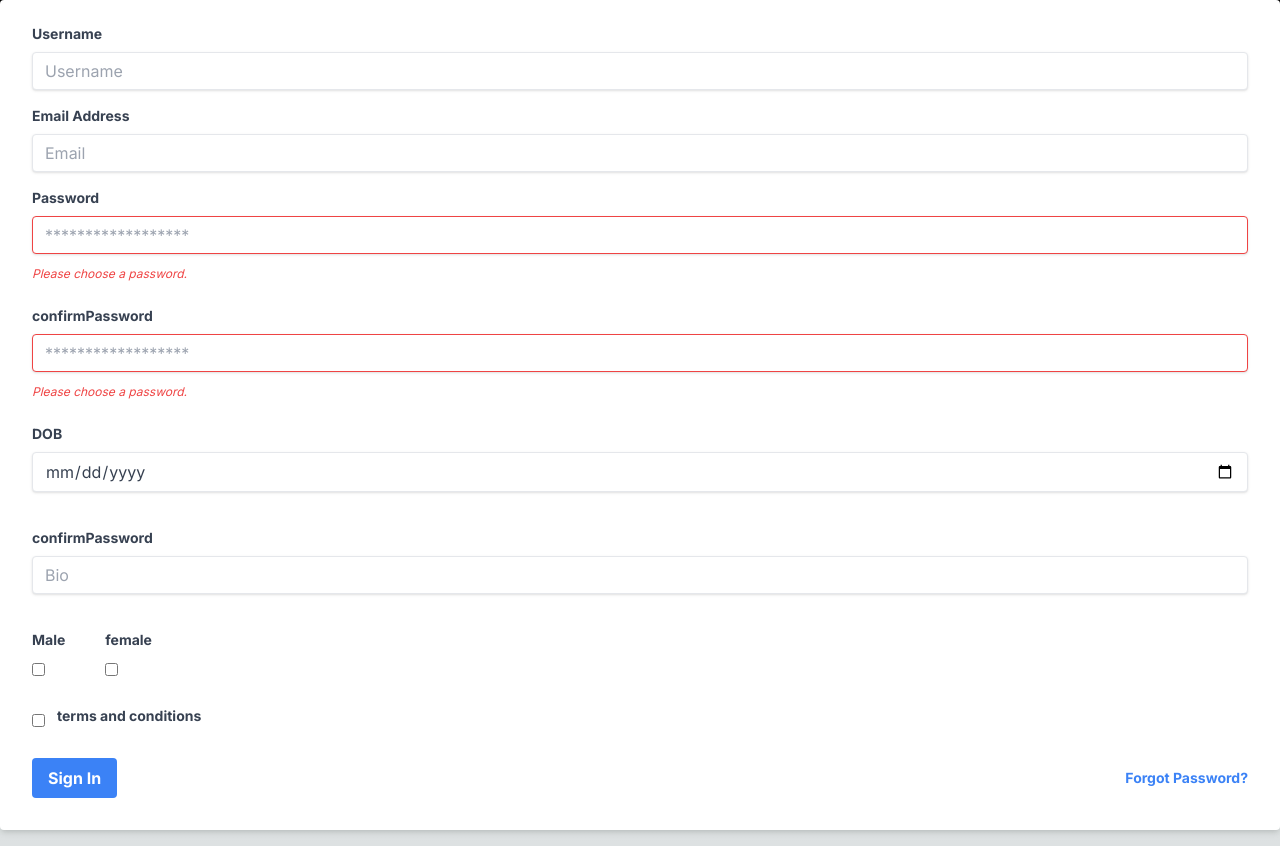
Repository: uh-sman/tiktok-card
Page: /
An editor plug-in stored every save of this project. The page is shown before and after the next save, followed by the edit.
The browser window is 1280 px wide. The pictures show the whole page.
The project was rebuilt for these pictures with package versions that can differ from the ones it lists, and the page was loaded fresh each time. The framework's server and built-in components were replaced by stand-ins that run in the browser. Also part of the build but not shown: next.config.js.

Above is the page before, as saved 2023-12-19 12:31:31.

### app/page.tsx
'use client'
import Input from "./components/Input";
import { FieldValues, SubmitHandler, useForm } from "react-hook-form";
export default function Home() {
  // const { register, handleSubmit, reset } = useForm<FieldValues>({
  //   defaultValues: {
  //     Username: "",
  //     email: '',
  //     password: '',
  //     confirmPassword: '',
  //     DateOfBirth: '',
  //     Bio: '',
  //     gender: '',
  //     termsAndConditions: ''
  //   }
  // })

  // const onSubmit: SubmitHandler<FieldValues> = () => {

  // }

  return (
    <div className="bg-black h-screen w-screen">
      {/* <div className="flex justify-center"> */}
      <div className="flex justify-center  w-full flex-col">
      <form className="bg-white shadow-md rounded px-8 pt-6 pb-8 mb-4">
    <div className="mb-4">
      <label className="block text-gray-700 text-sm font-bold mb-2" htmlFor="username">
        Username
      </label>
      <Input onChange={() => {}} className="shadow appearance-none border rounded w-full py-2 px-3 text-gray-700 leading-tight focus:outline-none focus:shadow-outline" id="username" type="text" placeholder="Username" />
    </div>
    <div className="mb-4">
      <label className="block text-gray-700 text-sm font-bold mb-2" htmlFor="Email">
        Email Address
      </label>
      <Input onChange={() => {}} className="shadow appearance-none border rounded w-full py-2 px-3 text-gray-700 leading-tight focus:outline-none focus:shadow-outline" id="email" type="email" placeholder="Email" />
    </div>
    <div className="mb-6">
      <label className="block text-gray-700 text-sm font-bold mb-2" htmlFor="Password">
        Password
      </label>
      <Input onChange={() => {}} className="shadow appearance-none border border-red-500 rounded w-full py-2 px-3 text-gray-700 mb-3 leading-tight focus:outline-none focus:shadow-outline" id="password" type="password" placeholder="******************" />
      <p className="text-red-500 text-xs italic">Please choose a password.</p>
    </div>
    <div className="mb-6">
      <label className="block text-gray-700 text-sm font-bold mb-2" htmlFor="conFirmPassword">
        confirmPassword
      </label>
      <Input onChange={() => {}} className="shadow appearance-none border border-red-500 rounded w-full py-2 px-3 text-gray-700 mb-3 leading-tight focus:outline-none focus:shadow-outline" id="confirmPassword" type="password" placeholder="******************" />
      <p className="text-red-500 text-xs italic">Please choose a password.</p>
    </div>
    <div className="mb-6">
      <label className="block text-gray-700 text-sm font-bold mb-2" htmlFor="password">
        DOB
      </label>
      <Input onChange={() => {}} className="shadow appearance-none border rounded w-full py-2 px-3 text-gray-700 mb-3 leading-tight focus:outline-none focus:shadow-outline" id="DateOfBirth" type="date" placeholder="DOB" />
      {/* <p className="text-red-500 text-xs italic">Please confirm your password.</p> */}
    </div>
    <div className="mb-6">
      <label className="block text-gray-700 text-sm font-bold mb-2" htmlFor="password">
        confirmPassword
      </label>
      <Input onChange={() => {}} className="shadow appearance-none border rounded w-full py-2 px-3 text-gray-700 mb-3 leading-tight focus:outline-none focus:shadow-outline" id="Bio" type="text" placeholder="Bio" />
      {/* <p className="text-red-500 text-xs italic">Please confirm your password.</p> */}
    </div>
    <div className="mb-6">
      <div className="flex gap-10">
        <div className="">
        <label className="block text-gray-700 text-sm font-bold mb-2" htmlFor="gender">
        Male
      </label>
      <Input onChange={() => {}} className="" id="male" type="checkbox" placeholder="male" />
        </div>
        <div className="">
          <label className="block text-gray-700 text-sm font-bold mb-2" htmlFor="gender">
            female
          </label>
      <Input className="" onChange={() => {}}  id="female" type="checkbox" placeholder="female" />
        </div>
      </div>
    </div>
    <div className="mb-6 flex items-center gap-x-3">
      <Input onChange={() => {}} className="" id="terms" type="checkbox" placeholder="terms and conditions" />
      <label className="block text-gray-700 text-sm font-bold mb-2" htmlFor="password">
        terms and conditions
      </label>
      {/* <p className="text-red-500 text-xs italic">Please confirm your password.</p> */}
    </div>
    <div className="flex items-center justify-between">
      <button className="bg-blue-500 hover:bg-blue-700 text-white font-bold py-2 px-4 rounded focus:outline-none focus:shadow-outline" type="button">
        Sign In
      </button>
      <a className="inline-block align-baseline font-bold text-sm text-blue-500 hover:text-blue-800" href="#">
        Forgot Password?
      </a>
    </div>
  </form>

      </div>
      {/* </div> */}
    </div>
  );
}



{/* <form class="max-w-sm mx-auto">
  <div class="mb-5">
    <label for="email" class="block mb-2 text-sm font-medium text-gray-900 dark:text-white">Your email</label>
    <input type="email" id="email" class="bg-gray-50 border border-gray-300 text-gray-900 text-sm rounded-lg focus:ring-blue-500 focus:border-blue-500 block w-full p-2.5 dark:bg-gray-700 dark:border-gray-600 dark:placeholder-gray-400 dark:text-white dark:focus:ring-blue-500 dark:focus:border-blue-500" placeholder="name@flowbite.com" required>
  </div>
  <div class="mb-5">
    <label for="password" class="block mb-2 text-sm font-medium text-gray-900 dark:text-white">Your password</label>
    <input type="password" id="password" class="bg-gray-50 border border-gray-300 text-gray-900 text-sm rounded-lg focus:ring-blue-500 focus:border-blue-500 block w-full p-2.5 dark:bg-gray-700 dark:border-gray-600 dark:placeholder-gray-400 dark:text-white dark:focus:ring-blue-500 dark:focus:border-blue-500" required>
  </div>
  <div class="flex items-start mb-5">
    <div class="flex items-center h-5">
      <input id="remember" type="checkbox" value="" class="w-4 h-4 border border-gray-300 rounded bg-gray-50 focus:ring-3 focus:ring-blue-300 dark:bg-gray-700 dark:border-gray-600 dark:focus:ring-blue-600 dark:ring-offset-gray-800 dark:focus:ring-offset-gray-800" required>
    </div>
    <label for="remember" class="ms-2 text-sm font-medium text-gray-900 dark:text-gray-300">Remember me</label>
  </div>
  <button type="submit" class="text-white bg-blue-700 hover:bg-blue-800 focus:ring-4 focus:outline-none focus:ring-blue-300 font-medium rounded-lg text-sm w-full sm:w-auto px-5 py-2.5 text-center dark:bg-blue-600 dark:hover:bg-blue-700 dark:focus:ring-blue-800">Submit</button>
</form> */}

### app/components/Input.tsx

type InputType = "text" | "password" | "file" | "email" | 'date' | 'checkbox' | "radio"

interface InputProps {
    id: string;
    className: string;
    placeholder: string;
    type: InputType;
    onChange: (value: string, file?: File ) => void;
}

const Input: React.FC<InputProps> = ({
    id,
    className,
    placeholder,
    type,
    onChange
}) => {
    const handleChange = (event: React.ChangeEvent<HTMLInputElement>) => {
        const { value, files } = event.target;
        if (type === 'file' && files) {
            onChange(value, files[0]);
        } else {
            onChange(value);
        }
    };

    return (
        <input
            id={id}
            className={className}
            placeholder={placeholder}
            type={type}
            onChange={handleChange}
        />
    );
};


export default Input;

Loaded but not shown: app/layout.tsx (common file); app/globals.css (common file); tailwind.config.ts (common file)

After the next save:
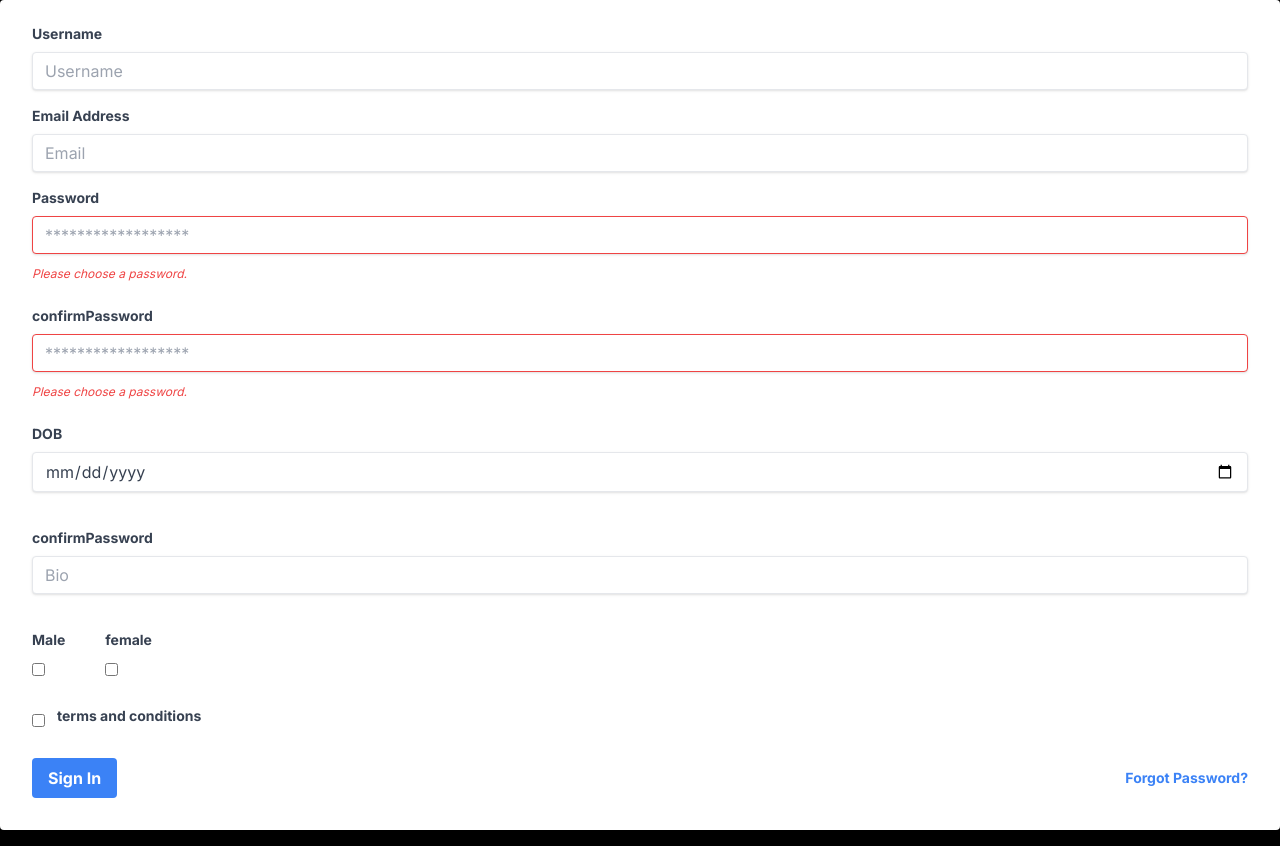
Saved 7 min 24 s later.
--- a/app/page.tsx
+++ b/app/page.tsx
@@ -2,28 +2,28 @@
 import Input from "./components/Input";
 import { FieldValues, SubmitHandler, useForm } from "react-hook-form";
 export default function Home() {
-  // const { register, handleSubmit, reset } = useForm<FieldValues>({
-  //   defaultValues: {
-  //     Username: "",
-  //     email: '',
-  //     password: '',
-  //     confirmPassword: '',
-  //     DateOfBirth: '',
-  //     Bio: '',
-  //     gender: '',
-  //     termsAndConditions: ''
-  //   }
-  // })
+  const { register, handleSubmit, reset } = useForm<FieldValues>({
+    defaultValues: {
+      Username: "",
+      email: '',
+      password: '',
+      confirmPassword: '',
+      DateOfBirth: '',
+      Bio: '',
+      gender: '',
+      termsAndConditions: ''
+    }
+  })
 
-  // const onSubmit: SubmitHandler<FieldValues> = () => {
+  const onSubmit: SubmitHandler<FieldValues> = () => {
 
-  // }
+  }
 
   return (
-    <div className="bg-black h-screen w-screen">
+    <div className="bg-black w-screen flex justify-center items-center h-full">
       {/* <div className="flex justify-center"> */}
       <div className="flex justify-center  w-full flex-col">
-      <form className="bg-white shadow-md rounded px-8 pt-6 pb-8 mb-4">
+      <form className="bg-white shadow-md rounded px-8 pt-6 pb-8 mb-4" onSubmit={onSubmit}>
     <div className="mb-4">
       <label className="block text-gray-700 text-sm font-bold mb-2" htmlFor="username">
         Username
